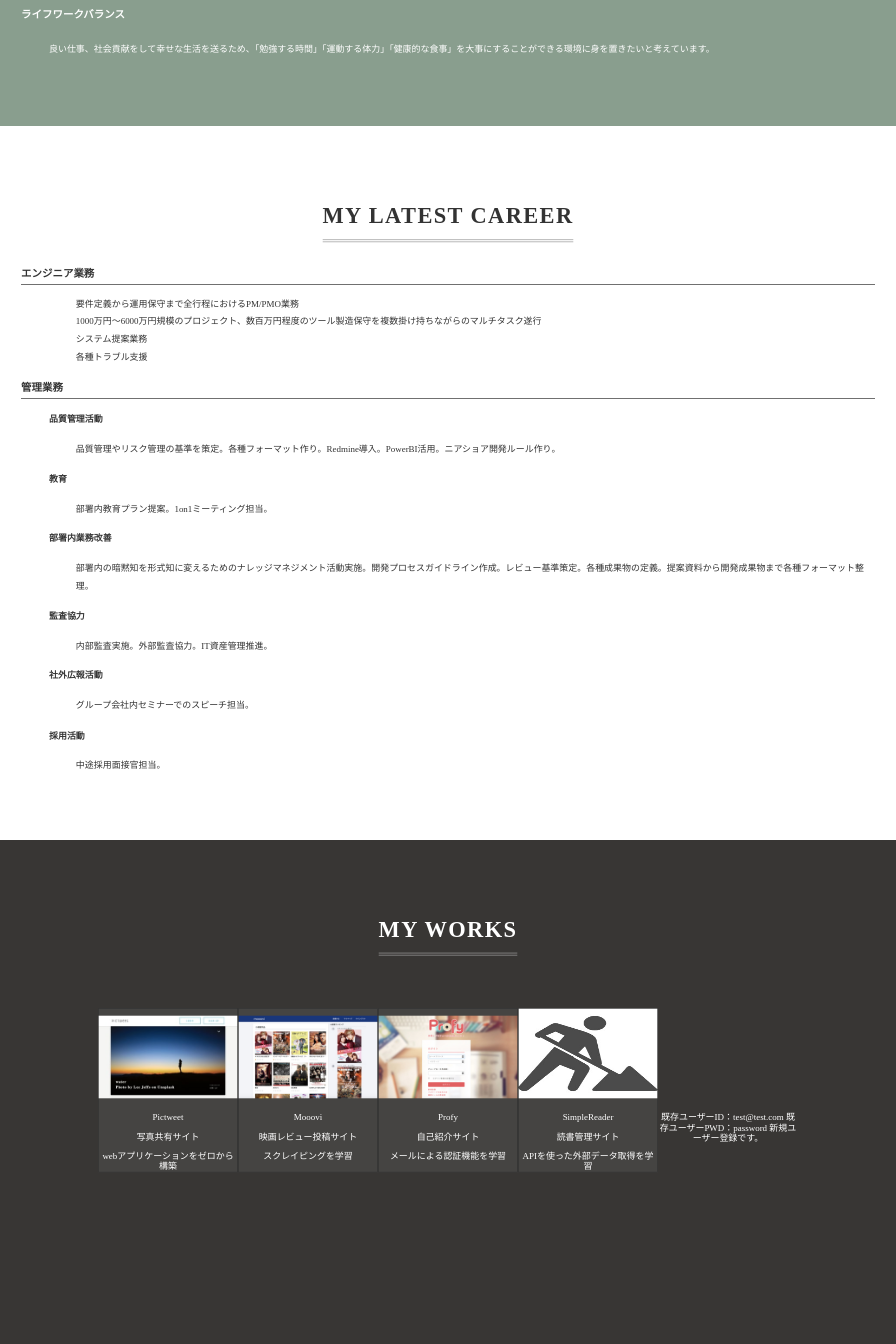
Repository: dackelteckel/myworks
Page: index.html
The author's editor kept a record of every edit. The page is drawn from the files as they stood at one moment, then again after the next edit.
The browser window is 1280 px wide. The pictures show the part of the page from y = 1240 to 3160 px (the page is 3160 px tall), at 70% of full size.
Backgrounds fixed to the window are drawn as part of the page.

Above is the page before.

After the next edit:
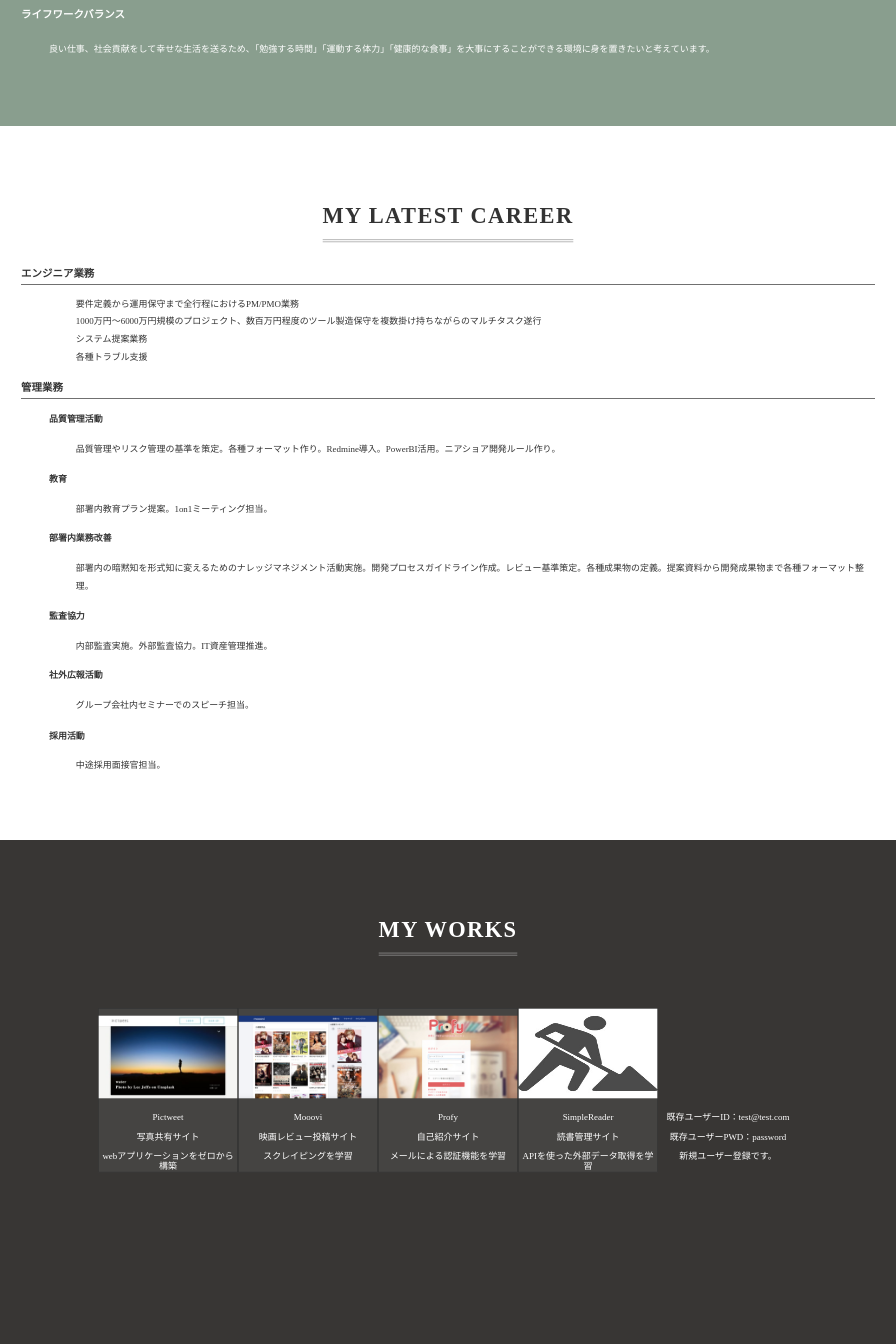
The edit:
--- a/index.html
+++ b/index.html
@@ -160,9 +160,9 @@
           <p>APIを使った外部データ取得を学習</p>
         </div>
       </div>
-      既存ユーザーID：test@test.com
-      既存ユーザーPWD：password
-      新規ユーザー登録です。
+      <p></p>既存ユーザーID：test@test.com
+      <p></p>既存ユーザーPWD：password
+      <p></p>新規ユーザー登録です。
     </div>
   </section>
 
